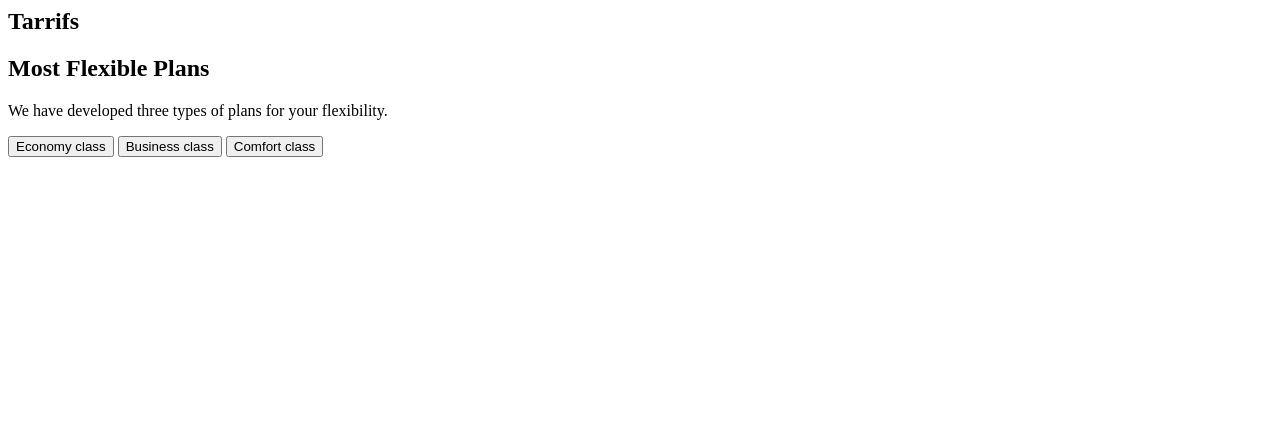
Repository: sanyathecreator/udrive-carsharing
Page: index.tarrifs.partial.html
An editor plug-in stored every save of this project. The page is shown before and after a run of saves, followed by the edit.
The browser window is 1280 px wide. The pictures show the whole page.

Above is the page before, as saved 2025-09-11 00:19:36.

### index.tarrifs.partial.html
<section class="tarrifs">
    <div class="plans__payments container">
      <h1 class ="plans__payments-title">Tarrifs</h1>
      <h2 class="plans__payments-subtitle">Most Flexible Plans</h2>
      <p class="plans__payments-text">We have developed three types of plans for your flexibility.</p>
    </div>
<!-- Tabs -->
    <div class="tabs" role="tablist" aria-label="Tarrifs">
      <button class="tab is active" data-tab="economy" role = "tab">Economy class</button>
      <button class="tab" data-tab="business" role = "tab">Business class</button>
      <button class="tab" data-tab="comfort" role = "tab">Comfort class</button>
    </div>
<!-- Tabs content -->
    <div class="cards" id="cards-co

After the next 8 saves:
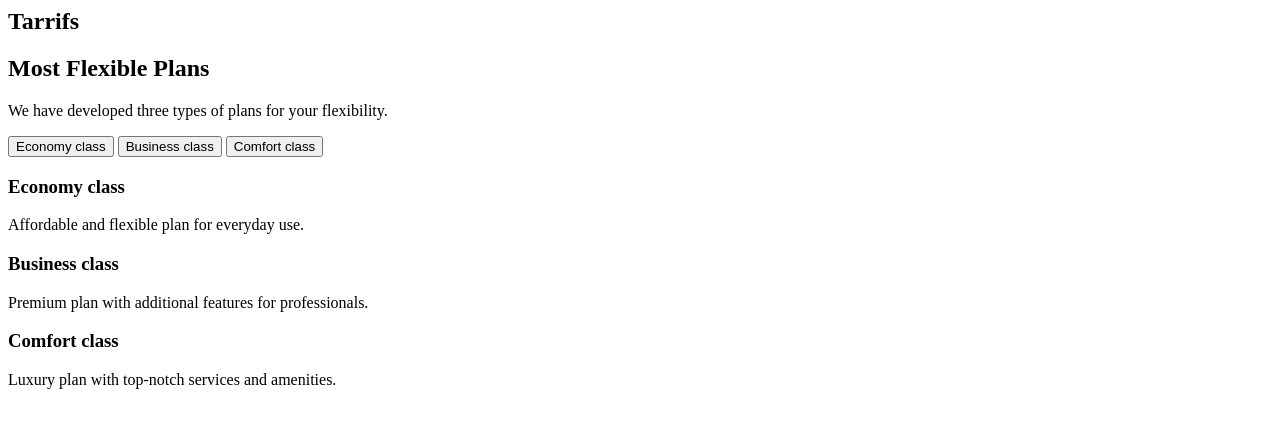
The 8 saves are shown as one change because they came seconds apart.
The last was saved 17 s later.
--- a/index.tarrifs.partial.html
+++ b/index.tarrifs.partial.html
@@ -11,4 +11,17 @@
       <button class="tab" data-tab="comfort" role = "tab">Comfort class</button>
     </div>
 <!-- Tabs content -->
-    <div class="cards" id="cards-co
+    <div class="cards" id="cards-container">
+      <div class="card" data-tab="economy">
+        <h3 class="card-title">Economy class</h3>
+        <p class="card-text">Affordable and flexible plan for everyday use.</p>
+      </div>
+      <div class="card" data-tab="business">
+        <h3 class="card-title">Business class</h3>
+        <p class="card-text">Premium plan with additional features for professionals.</p>
+      </div>
+      <div class="card" data-tab="comfort">
+        <h3 class="card-title">Comfort class</h3>
+        <p class="card-text">Luxury plan with top-notch services and amenities.</p>
+      </div>
+    </div>

After the 2 saves that followed:
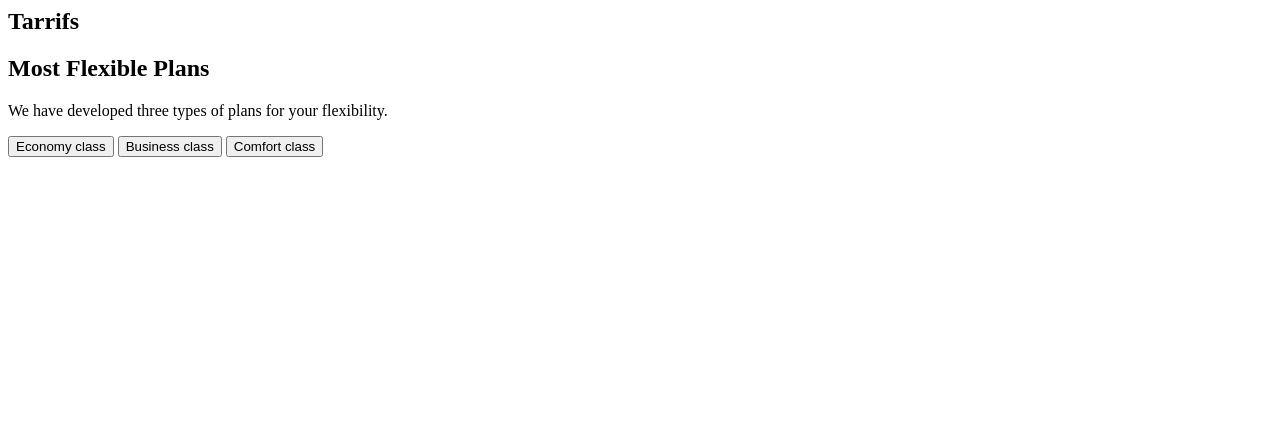
The 2 saves are shown as one change because they came seconds apart.
The last was saved 9 s later.
--- a/index.tarrifs.partial.html
+++ b/index.tarrifs.partial.html
@@ -12,16 +12,4 @@
     </div>
 <!-- Tabs content -->
     <div class="cards" id="cards-container">
-      <div class="card" data-tab="economy">
-        <h3 class="card-title">Economy class</h3>
-        <p class="card-text">Affordable and flexible plan for everyday use.</p>
-      </div>
-      <div class="card" data-tab="business">
-        <h3 class="card-title">Business class</h3>
-        <p class="card-text">Premium plan with additional features for professionals.</p>
-      </div>
-      <div class="card" data-tab="comfort">
-        <h3 class="card-title">Comfort class</h3>
-        <p class="card-text">Luxury plan with top-notch services and amenities.</p>
-      </div>
     </div>
